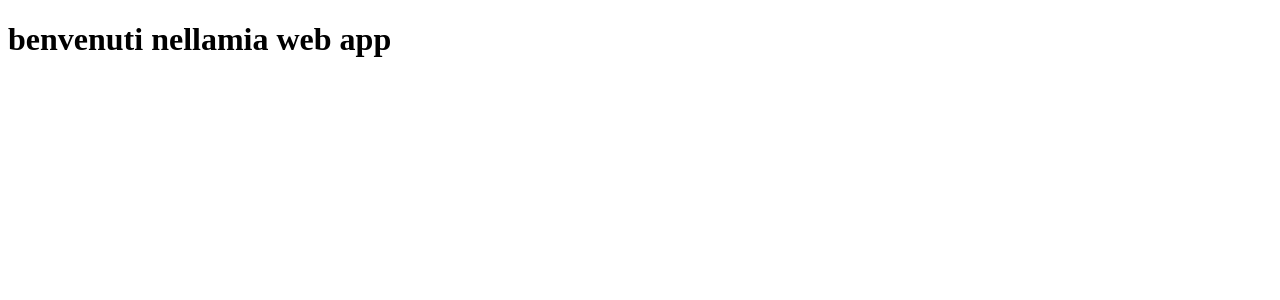
Repository: PcarloP/java_se
Page: anagraficaweb/WebContent/index.html
An editor plug-in stored every save of this project. The page is shown before and after the next save, followed by the edit.
The browser window is 1280 px wide. The pictures show the whole page.

Above is the page before, as saved 2025-06-17 15:04:18.

After the next save:
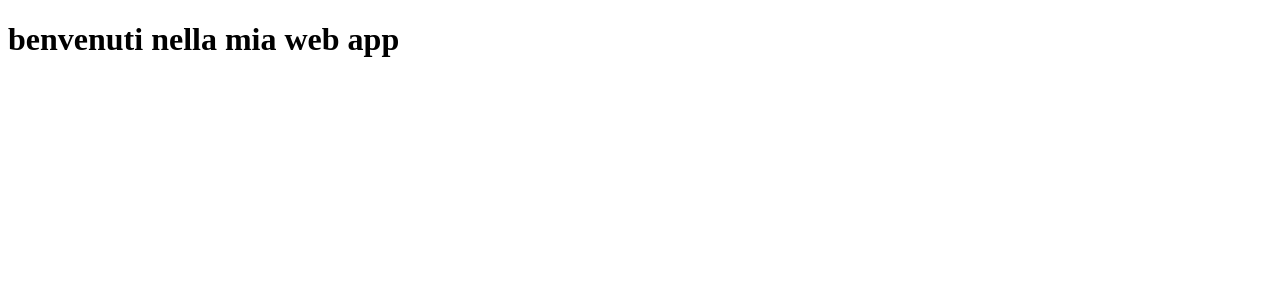
Saved 6 s later.
--- a/anagraficaweb/WebContent/index.html
+++ b/anagraficaweb/WebContent/index.html
@@ -7,7 +7,7 @@
 <body>
 
 
-<h1>benvenuti nellamia web app</h1>
+<h1>benvenuti nella mia web app</h1>
 
 
 
